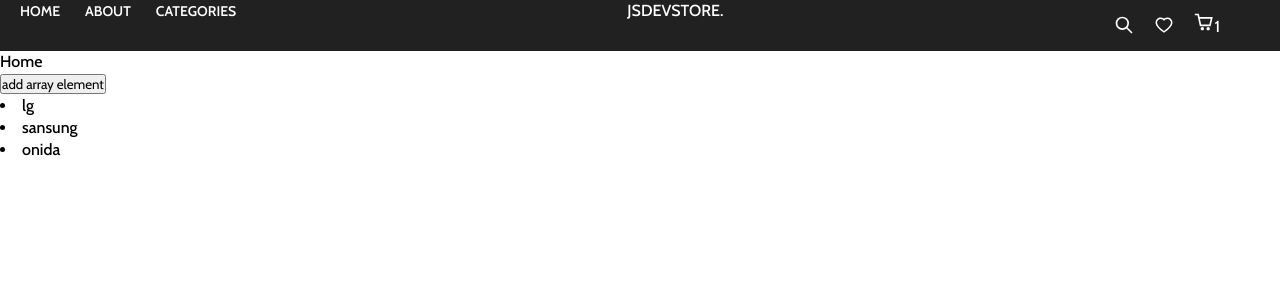
Repository: suraj-yadav7/ecommerce
Page: /
The author's editor kept a copy of each file at every save. The page is drawn from the files as they stood at one save, then again after the next save.
The browser window is 1280 px wide. The pictures show the whole page.
The project was rebuilt for these pictures with package versions that can differ from the ones it lists, and the page was loaded fresh each time. Also part of the build but not shown: src/components/Home/Home.scss, src/components/Category/Category.scss, src/components/Category/Category.jsx, src/components/SingleProduct/SingleProduct.scss, src/components/SingleProduct/SingleProduct.jsx, src/App.scss, src/components/Header/Search/Search.scss, src/components/Header/Search/Search.jsx and 2 more.

Above is the page before, as saved 2023-06-16 15:17:24.

After the next save:
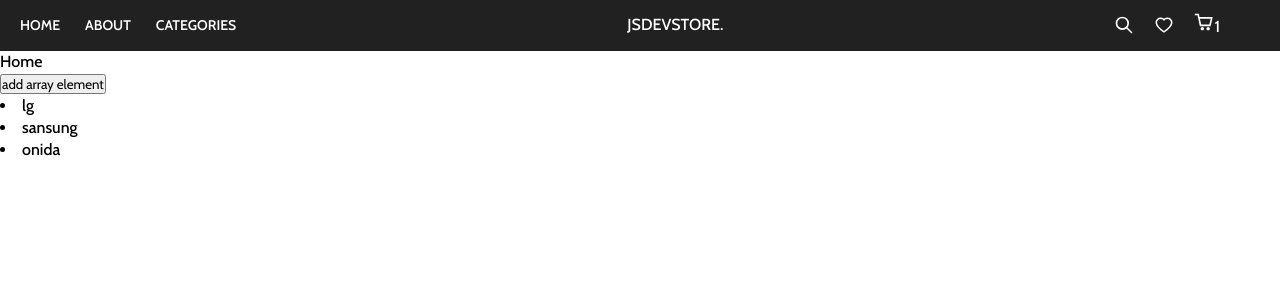
Saved 4 s later.
--- a/src/components/Header/Header.scss
+++ b/src/components/Header/Header.scss
@@ -10,7 +10,7 @@
     .header-content {
     display: flex;
     justify-content: space-between;
-    // align-items: center;
+    align-items: center;
     height: 50px;
     max-width: 1200px;
     .left {
